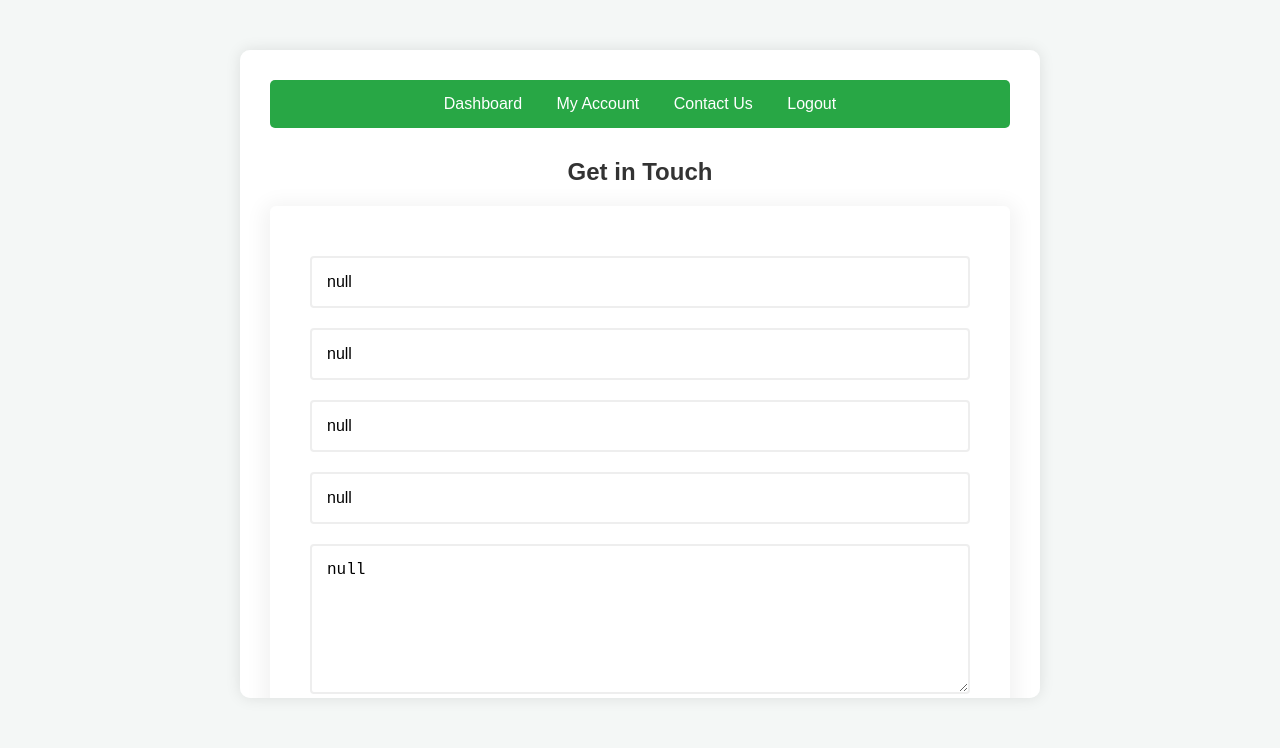
Repository: AmodhyaSharinda/java-CRUD
Page: http://localhost/java_project/updateConctactus.jsp
An editor plug-in stored every save of this project. The page is shown before and after the next save, followed by the edit.
The browser window is 1280 px wide. The pictures show the whole page.
An inner scrolling area shows only its first screen. The page is served by Tomcat 9.

Above is the page before, as saved 2024-10-01 10:21:47.

After the next save:
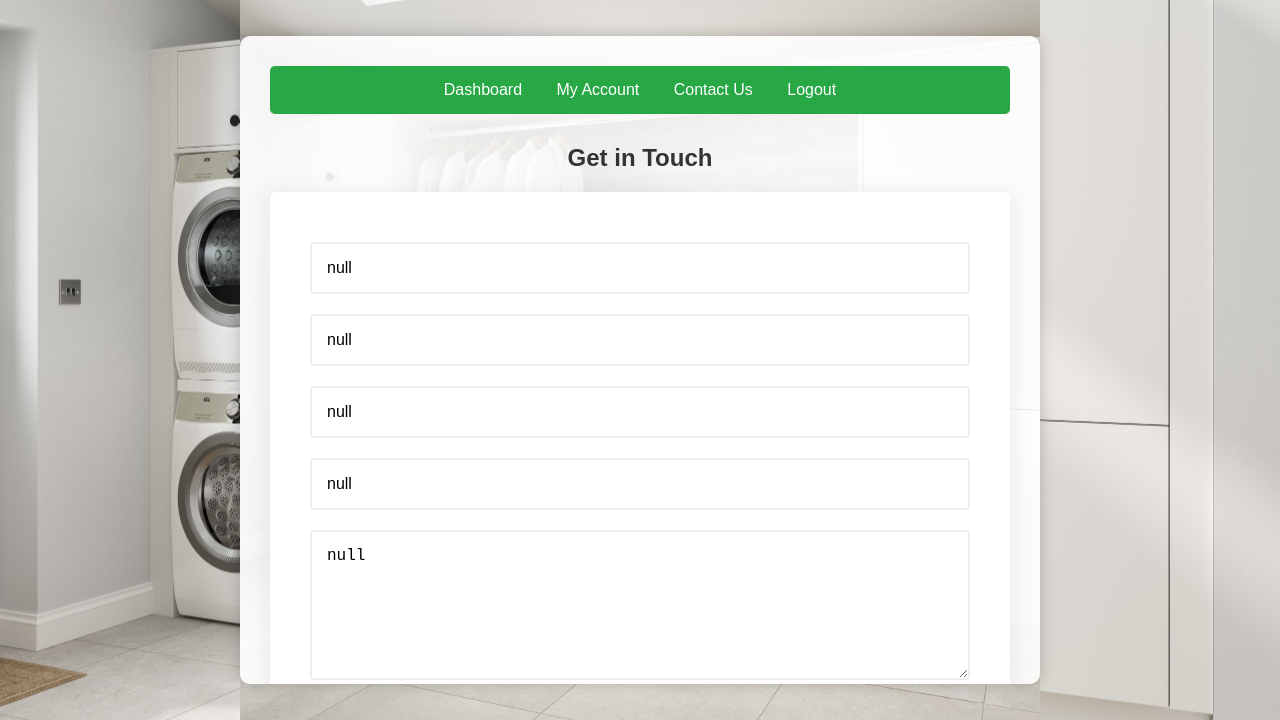
Saved 2 min 0 s later.
--- a/java_project/src/main/webapp/updateConctactus.jsp
+++ b/java_project/src/main/webapp/updateConctactus.jsp
@@ -1,6 +1,6 @@
 <%@ page language="java" contentType="text/html; charset=ISO-8859-1"
     pageEncoding="ISO-8859-1"%>
-    <%@taglib prefix="c" uri="http://java.sun.com/jsp/jstl/core"%>
+<%@taglib prefix="c" uri="http://java.sun.com/jsp/jstl/core"%>
 <!DOCTYPE html>
 <html lang="en">
 <head>
@@ -14,17 +14,25 @@
       box-sizing: border-box;
     }
 
-    body {
+    body, html {
+      height: 100%;
+      margin: 0;
       font-family: 'Arial', sans-serif;
-      background: #f4f7f6;
+      background-image: url('back.jpg'); /* Background image */
+      background-size: cover;
+      background-position: center;
+      background-repeat: no-repeat;
+      display: flex; /* Center content */
+      justify-content: center;
+      align-items: center;
     }
 
     .container {
       max-width: 800px; /* Set the same max-width */
-      margin: 50px auto;
-      background: #fff;
+      width: 100%; /* Full width for small screens */
+      background: rgba(255, 255, 255, 0.9); /* Slightly transparent */
       padding: 30px;
-      box-shadow: 0 0 15px rgba(0, 0, 0, 0.1);
+      box-shadow: 0 0 15px rgba(0, 0, 0, 0.2);
       border-radius: 10px;
       overflow-y: auto; /* Enable vertical scrolling */
       max-height: 90vh; /* Limit the maximum height of the container */
@@ -143,11 +151,11 @@
     <h2>Get in Touch</h2>
 
     <form action="contactUpdate" method="post" class="form-wrapper">
-      <input class="input" name="id" placeholder="Please enter first name..." value="<%= Id %>" readonly >
-      <input class="input" name="UserName" placeholder="Please enter first name..." value="<%= Name %>" >
-      <input class="input" name="Email" placeholder="Please enter email..." value="<%= Email %>"  >
-      <input class="input" name="PhoneNumber" placeholder="Please enter phone number..." value="<%= Phone %>"  >
-	  <textarea class="textinput" name="Msg" placeholder="Please enter query..." required><%= Msg %></textarea>
+      <input class="input" name="id" placeholder="User ID" value="<%= Id %>" readonly>
+      <input class="input" name="UserName" placeholder="Please enter your name..." value="<%= Name %>" required>
+      <input class="input" name="Email" placeholder="Please enter your email..." value="<%= Email %>" required>
+      <input class="input" name="PhoneNumber" placeholder="Please enter your phone number..." value="<%= Phone %>" required>
+      <textarea class="textinput" name="Msg" placeholder="Please enter your query..." required><%= Msg %></textarea>
       <button type="submit" class="submit-btn">Update</button>
     </form>
 
